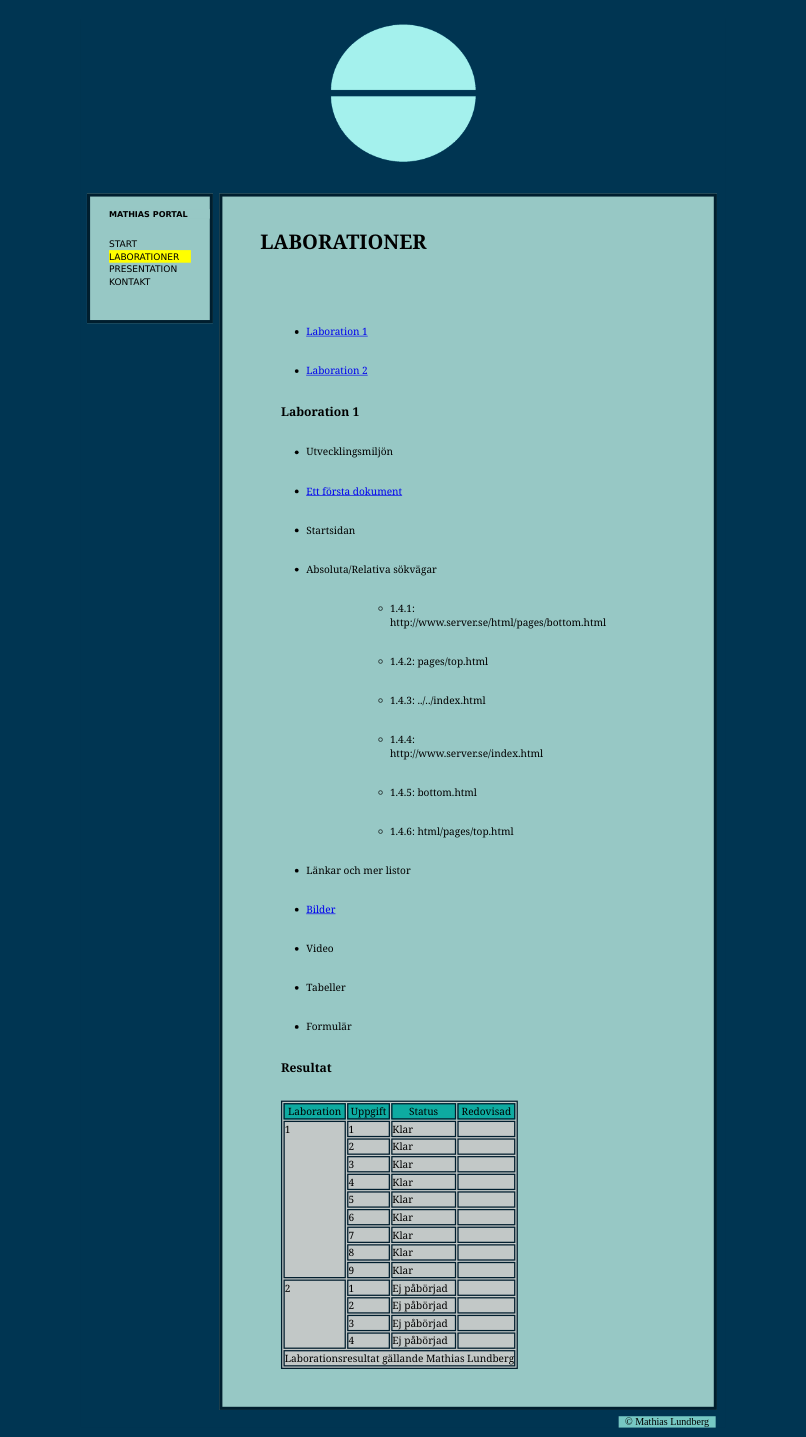
Repository: ml223nw/1ik415-laborationer
Page: pages/laborationer.html
The author's editor kept a record of every edit. The page is drawn from the files as they stood at one moment, then again after the next edit.
The browser window is 1280 px wide. The pictures show the whole page, at 63% of full size.

Above is the page before.

### pages/laborationer.html
<!DOCTYPE html>
<html lang="sv">
    <head>
        <meta charset="utf-8">
        <title>Laborationer - Mathias portal</title>
        <link rel="stylesheet" href="../css/style.css"/>
    </head>
    <body>
    <div id='container'>
    <div id="header">
        </div>

        <div id='navigation'>
        <div id="mathiasportal" class="title">MATHIAS PORTAL</h1>
        </div>
            <ul>
                <li><a href="../index.html">Start</a></li>
                <li><a href="laborationer.html" class="active">Laborationer</a></li>
                <li><a href="presentation.html">Presentation</a></li>
                <li><a href="kontakt.html">Kontakt</a></li>
            </ul>

        </div>
        <div id='content'>
        <h2>Laborationer</h2>

        <ul>
          <li><a href="http://coursepress.lnu.se/kurs/webbteknisk-introduktion/laborationer/l01-struktur-och-innehall/">Laboration 1</a></li>
          <li><a href="https://coursepress.lnu.se/kurs/webbteknisk-introduktion/laborationer/l02-en-stiligare-portal/">Laboration 2</a></li>
        </ul>

        <h3>Laboration 1</h3>

    <ul>
      <li>Utvecklingsmiljön</li>
      <li><a href="../pages/presentation.html#jag">Ett första dokument</a></li>
      <li>Startsidan</li>

      <li>Absoluta/Relativa sökvägar
        <ul>
          <li>1.4.1: http://www.server.se/html/pages/bottom.html</li>
        </ul>


      <ul>
        <li>1.4.2: pages/top.html</li>
      </ul>

      <ul>
        <li>1.4.3: ../../index.html</li>
      </ul>

      <ul>
        <li>1.4.4: http://www.server.se/index.html</li>
      </ul>

      <ul>
        <li>1.4.5: bottom.html</li>
      </ul>

      <ul>
        <li>1.4.6: html/pages/top.html</li>
      </ul>


      <li>Länkar och mer listor</li>
      <li><a href="../index.html#svg">Bilder</a></li>
      <li>Video</li>
      <li>Tabeller</li>
      <li>Formulär</li>

    </ul>


          <h3>Resultat</h3>
  <table border='1'>
    <thead>
      <tr>
        <th>Laboration</th>
        <th>Uppgift</th>
        <th>Status</th>
        <th>Redovisad</th>
      </tr>
    </thead>
    <tbody>
      <tr>
      <td rowspan="9">1</td>
        <td>1</td>
        <td>Klar</td>
        <td></td>
      </tr>

          <tr>
            <td>2</td>
            <td>Klar</td>
            <td></td>
          </tr>

          <tr>
            <td>3</td>
            <td>Klar</td>
            <td></td>
          </tr>

          <tr>
            <td>4</td>
            <td>Klar</td>
            <td></td>
          </tr>

          <tr>
            <td>5</td>
            <td>Klar</td>
            <td></td>
          </tr>

          <tr>
            <td>6</td>
            <td>Klar</td>
            <td></td>
          </tr>

          <tr>
            <td>7</td>
            <td>Klar</td>
            <td></td>
          </tr>

          <tr>
            <td>8</td>
            <td>Klar</td>
            <td></td>
          </tr>

          <tr>
            <td>9</td>
            <td>Klar</td>
            <td></td>
          </tr>

          <tr>
          <td rowspan="4">2</td>
            <td>1</td>
            <td>Ej påbörjad</td>
            <td></td>
          </tr>

          <tr>
            <td>2</td>
            <td>Ej påbörjad</td>
            <td></td>
          </tr>

          <tr>
            <td>3</td>
            <td>Ej påbörjad</td>
            <td></td>
          </tr>

          <tr>
            <td>4</td>
            <td>Ej påbörjad</td>
            <td></td>
          </tr>
          </tbody>
      <tfoot>
      <tr>
          <td colspan="4">Laborationsresultat gällande Mathias Lundberg</td>
      </tr>
      </tfoot>
  </table>
  </div>
    <div id="footer">
    <p>© Mathias Lundberg</p>
    </div>
    </div>
        </body>
</html>

### css/style.css
/* http://meyerweb.com/eric/tools/css/reset/
   v2.0 | 20110126
   License: none (public domain)
*/
html, body, div, span, applet, object, iframe,
h1, h2, h3, h4, h5, h6, p, blockquote, pre,
a, abbr, acronym, address, big, cite, code,
del, dfn, em, img, ins, kbd, q, s, samp,
small, strike, strong, sub, sup, tt, var,
b, u, i, center,
dl, dt, dd, ol, ul, li,
fieldset, form, label, legend,
table, caption, tbody, tfoot, thead, tr, th, td,
article, aside, canvas, details, embed,
figure, figcaption, footer, header, hgroup,
menu, nav, output, ruby, section, summary,
time, mark, audio, video {
	margin: 0;
	padding: 0;
	border: 0;
	font-size: 100%;
	font: inherit;
	vertical-align: baseline;
}

body {
	background-color:#003552;
	alignment-adjust:middle;
}

#container {
    width:1024px;
    margin-left:auto;
    margin-right:auto;
    color:#004a74;
    background-color:#003552;
	}

#header {
	margin-top:30px;
	margin-bottom:30px;
	background-color:#003552;
	background-image: url('../pics/logoTop.png');
	background-position: center;
	background-repeat: no-repeat;
	height:237px;
    }

#pageTitle {
	color:black;
	font-size: 1.3em;
    margin-right:50px;
    }

#navigation {
	border-style:solid;
    border-width:5px;
    border-color:#001E2E;
	margin-top:10px;
	margin-bottom:10px;
	float:left;
	background-color:#97C8C5;
	padding-top:20px;
	padding-bottom:20px;
	width:190px;
	margin-right:10px;
	margin-left:10px;
	}

	#navigation ul {
    margin-top:5px;
    margin-bottom:5px;
    margin:30px;
    padding-right:20px;
    list-style:none;
	}

#content {
	float:left;
	border-style:solid;
    border-width:5px;
    border-color:#001E2E;
	background-color: #97C8C5;
	width:780px;
	font-family:Georgia, serif;
	padding-top:20px;
	padding-bottom:20px;
	margin-top:10px;
	margin-bottom:10px;
	}

	#content h3, h4, video, form, ul, ol, table {
    margin:40px 93px 40px 93px;
    color:black;
    }

    #content img {
    border-left:solid 0px;
    border-right:solid 15px;
    border-color: #97C8C5;
    float:left;
    margin-left:93px;
    }

    #content h2 {
    margin:30px 60px 110px 60px;
    color:black;
    }

    /* Not used */
    #content h641 {
	font-size: 1.8em;
	font-weight: bold;
    }

    #content h2 {
    color:black;
	font-size: 2.0em;
    font-weight: bold;
	text-transform: uppercase;
    }

   	#content h3 {
   	color:black;
	font-size: 1.2em;
	font-weight: bold;
    }

	#content p {
    margin:30px 93px 30px 93px;
    color:black;
    }

#content li {
    margin:40px;
    }

#footer {
    margin-left:854px;
	margin-top:10px;
	margin-bottom:15px;
    background-color:#76c8c3;
    width:154px;
    font-family:"Times New Roman", serif;
    font-size:2;
    clear:both;
}

#footer p {
    text-indent:10px;
	color:black;

}

.postfooter {
	margin-left:auto;
	margin-right:auto;
	font-style:italic;
	text-indent:10px;
	background-color:#C2C8C7;
    border: 1px solid #001E2E;
    border-bottom-style:solid;
    border-top-style:solid;
    border-left-style:none;
    border-right-style:none;
	width: 593px;
	line-height: 150%;
}

#navigation a {
    font-size:0.9em;
    line-height: 140%;
    text-decoration:none;
    font-family:Verdana, sans-serif;
    color:black;
    text-transform:uppercase;
    display:block;
}
#navigation a:hover {
    background-color:#0EABA1;
    width:130px;

}
#navigation a.active {
    background-color:yellow;
    width:130px;

}

#content a:hover {
    font-size:100%;
    color:yellow;
    text-decoration:underline;
}
#content a:visited a:hover {
    font-size:100%;
    color:black;
    text-decoration:underline;
}

.title {
	background-color:#97C8C5;
	margin-right:10px;
	margin-left:10px;
    padding-right:auto;
    width:160px;
    border-color:#001E2E;
    }

#mathiasportal {
    margin-left:30px;
    font-size:0.8em;
    font-weight: bold;
    font-family:Verdana, sans-serif;
    color:black;
}

table, th, td {
   border: 2px solid #001E2E;
   background-color:#C2C8C7;
}


th {
    background-color:#0EABA1;
}

#content input {
    margin-left:90px;
}

#submit {
	margin-left:auto;
	margin-right:auto;
	margin-top:30px;
}

.left {
	margin-left:26px;
	margin-right:93px;
}

.right {
    float:right;
}

fieldset {
    margin-left:auto;
	margin-right:auto;
    border:2px solid #001E2E;
    background-color: #C2C8C7;
}

textarea {
    width:400px;
    height:110px;
}

#content .radio {
	margin-left:auto;
	margin-right:auto;
}

legend {
    margin-left:90px;
    background-color:#0EABA1;
    color:black;
}

After the next edit:
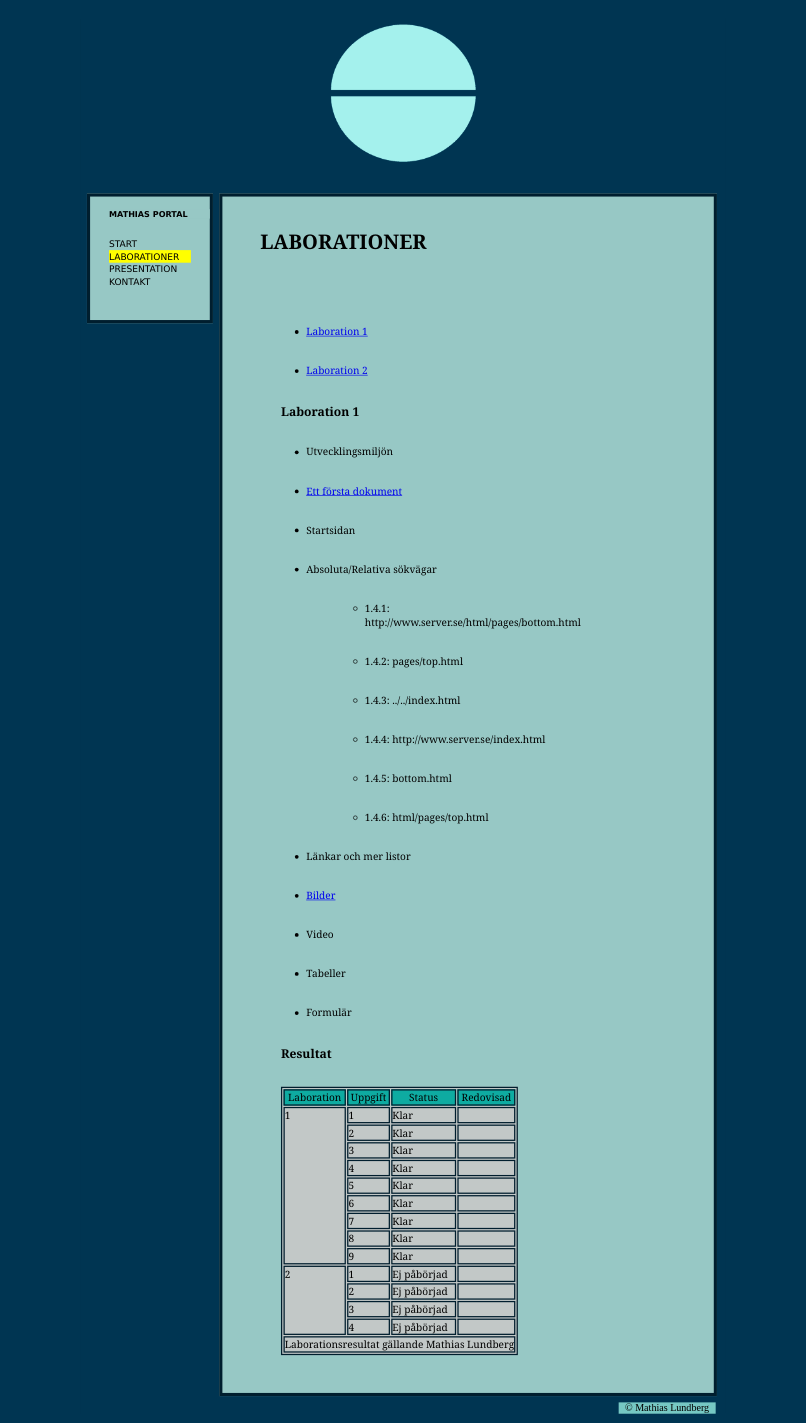
The edit:
--- a/pages/laborationer.html
+++ b/pages/laborationer.html
@@ -35,8 +35,10 @@
       <li>Utvecklingsmiljön</li>
       <li><a href="../pages/presentation.html#jag">Ett första dokument</a></li>
       <li>Startsidan</li>
+    </ul>
 
-      <li>Absoluta/Relativa sökvägar
+    <ul>
+      <li>Absoluta/Relativa sökvägar</li>
         <ul>
           <li>1.4.1: http://www.server.se/html/pages/bottom.html</li>
         </ul>
